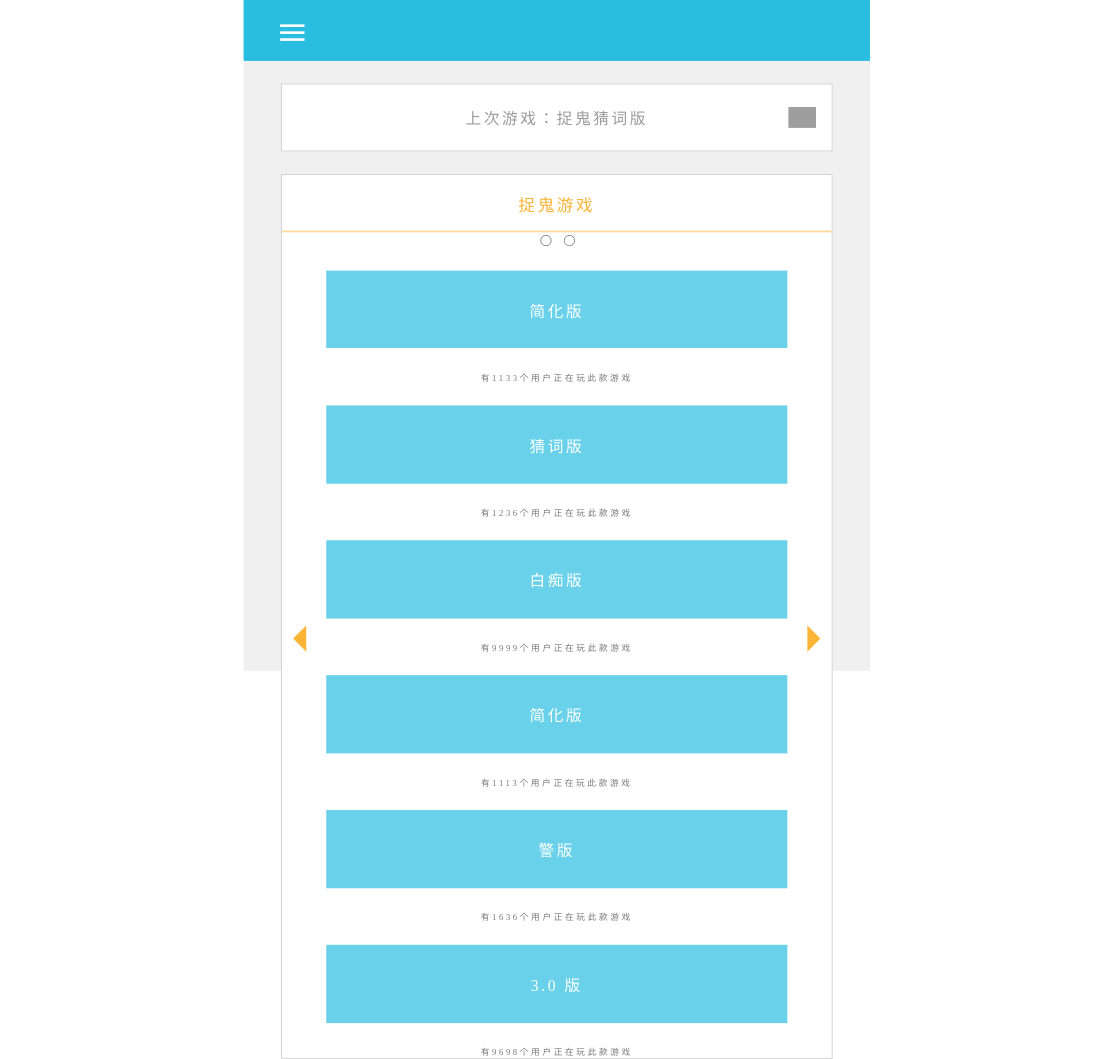
Repository: leozhangpd/My-Codes
Page: JS/two-project/home_page.html
The author's editor kept a copy of each file at every save. The page is drawn from the files as they stood at one save, then again after the next save.
The browser window is 1280 px wide. The pictures show the whole page, at 87% of full size.
Pictures or frames that could not be fetched are drawn as grey boxes.

Above is the page before, as saved 2020-11-06 15:48:22.

After the next save:
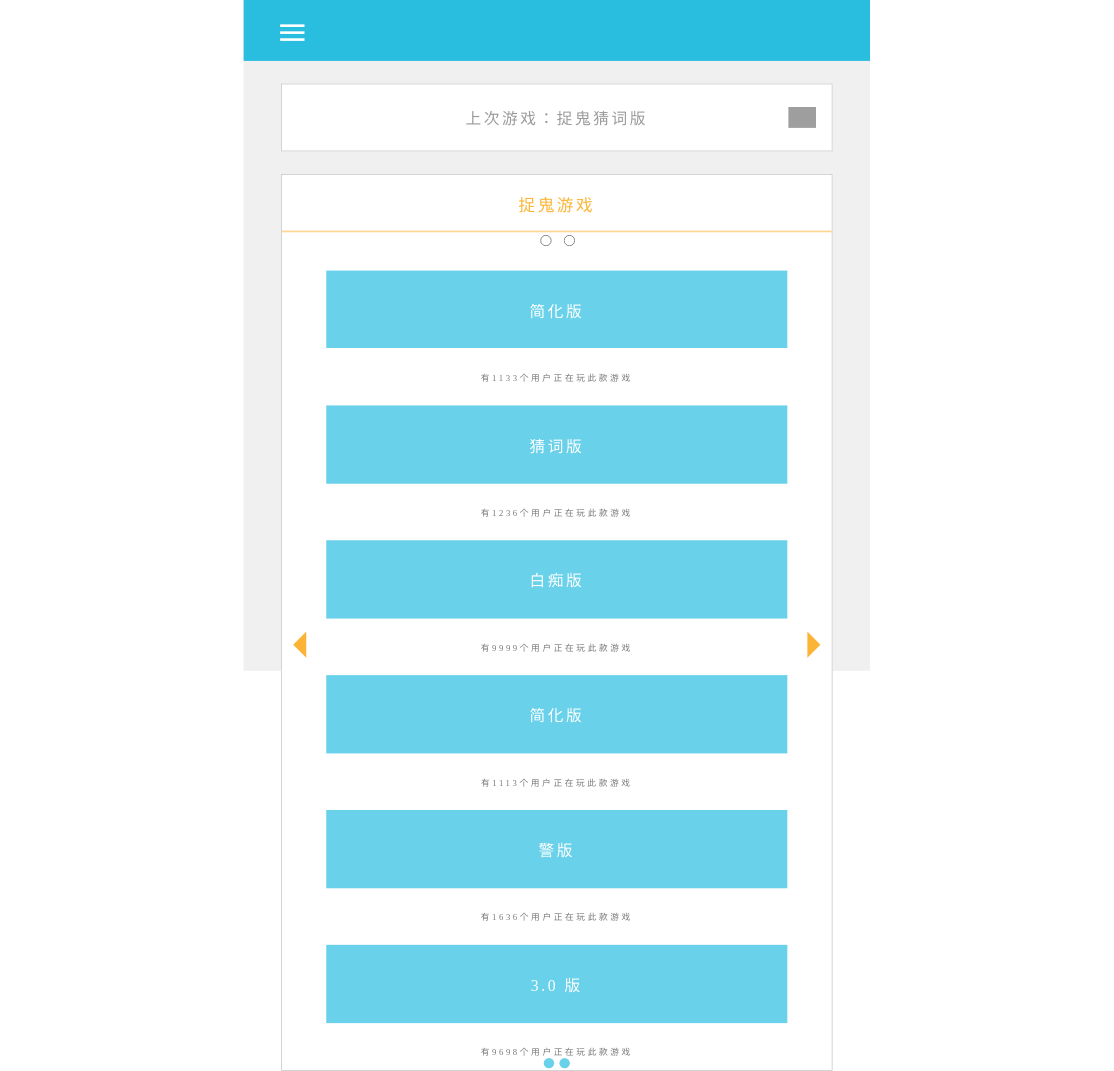
Saved 7 s later.
--- a/JS/two-project/css/home_page.css
+++ b/JS/two-project/css/home_page.css
@@ -70,7 +70,7 @@ main{
 .list>li:nth-child(even){/*option__hint*/
     color: #787878;
 }
-#out-2
+#out-2{}
 /* input{display: none;} */
 .page>label{/*page__dot*/
     display: inline-block;
